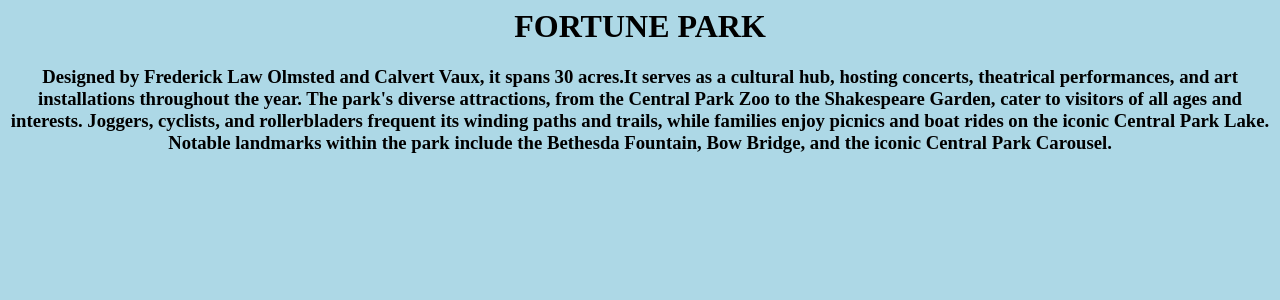
Repository: Oviya24032K6/NearMe
Page: ovi/surveyapp/static/FORTUNE PARK.html
An editor plug-in stored every save of this project. The page is shown before and after the next save, followed by the edit.
The browser window is 1280 px wide. The pictures show the whole page.

Above is the page before, as saved 2024-03-25 22:57:05.

### ovi/surveyapp/static/FORTUNE PARK.html
<html>
	<head>
		<title>
            FORTUNE PARK
        </title>
	</head>
	<body bgcolor="lightblue">
		<h1 align="center" >FORTUNE PARK</h1>
        <h3 align="center">Designed by Frederick Law Olmsted and Calvert Vaux, it spans 30 acres.It serves as a cultural hub, hosting concerts, theatrical performances, and art installations throughout the year.
            The park's diverse attractions, from the Central Park Zoo to the Shakespeare Garden, cater to visitors of all ages and interests.
            Joggers, cyclists, and rollerbladers frequent its winding paths and trails, while families enjoy picnics and boat rides on the iconic Central Park Lake.
            Notable landmarks within the park include the Bethesda Fountain, Bow Bridge, and the iconic Central Park Carousel.
	</body>
</html>

After the next save:
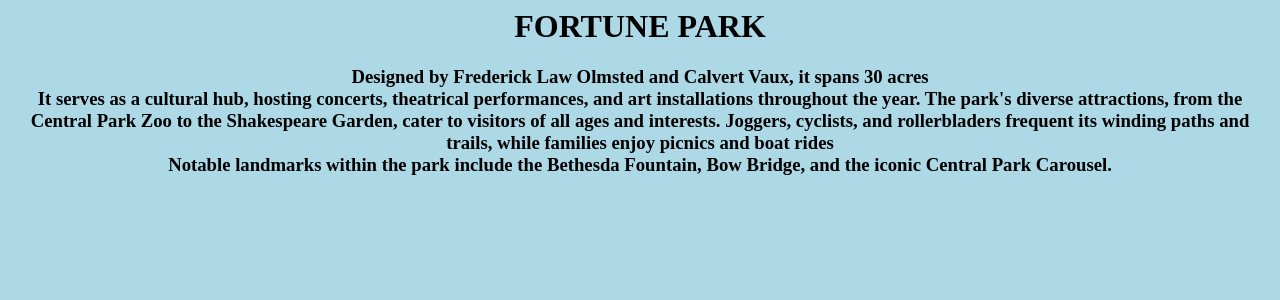
Saved 114 s later.
--- a/ovi/surveyapp/static/FORTUNE PARK.html
+++ b/ovi/surveyapp/static/FORTUNE PARK.html
@@ -6,9 +6,10 @@
 	</head>
 	<body bgcolor="lightblue">
 		<h1 align="center" >FORTUNE PARK</h1>
-        <h3 align="center">Designed by Frederick Law Olmsted and Calvert Vaux, it spans 30 acres.It serves as a cultural hub, hosting concerts, theatrical performances, and art installations throughout the year.
+        <h3 align="center">Designed by Frederick Law Olmsted and Calvert Vaux, it spans 30 acres
+            <br>It serves as a cultural hub, hosting concerts, theatrical performances, and art installations throughout the year.
             The park's diverse attractions, from the Central Park Zoo to the Shakespeare Garden, cater to visitors of all ages and interests.
-            Joggers, cyclists, and rollerbladers frequent its winding paths and trails, while families enjoy picnics and boat rides on the iconic Central Park Lake.
-            Notable landmarks within the park include the Bethesda Fountain, Bow Bridge, and the iconic Central Park Carousel.
+            Joggers, cyclists, and rollerbladers frequent its winding paths and trails, while families enjoy picnics and boat rides
+            <br>Notable landmarks within the park include the Bethesda Fountain, Bow Bridge, and the iconic Central Park Carousel.
 	</body>
 </html>
